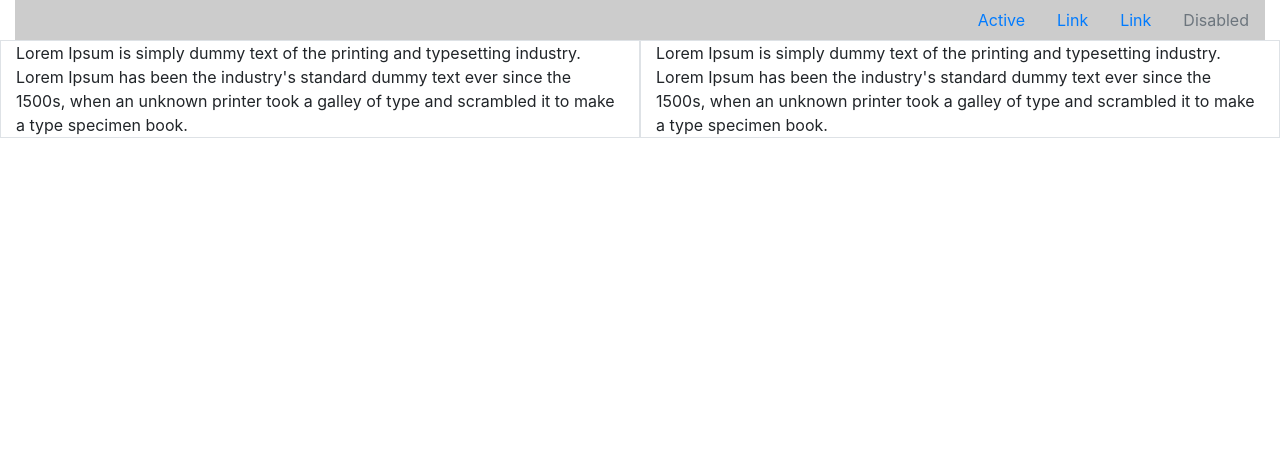
Repository: Green-Technologies-Angular/HTML
Page: index.html
The author's editor kept a copy of each file at every save. The page is drawn from the files as they stood at one save, then again after the next save.
The browser window is 1280 px wide. The pictures show the whole page.

Above is the page before, as saved 2019-01-31 10:05:16.

### index.html
<!DOCTYPE html>
<html>

<head>
    <title>Title of the document</title>
    <link rel="stylesheet" href="css/bootstrap.css">
    <link rel="stylesheet" href="css/index.css">
    <style>
        .border {
            border: 1px solid #ccc;
        }
        .bg-nav{
            background: green;
        }
    </style>
    <script>
        localStorage.setItem("name", "tamilsdfsdfsdfsdfmani");
        console.log(localStorage.getItem('name'));
    </script>
</head>

<body>
    <div class="container-fluid">
        <ul class="nav justify-content-end bg-nav" style="background: #ccc;">
            <li class="nav-item">
                <a class="nav-link active" href="#">Active</a>
            </li>
            <li class="nav-item">
                <a class="nav-link" href="#">Link</a>
            </li>
            <li class="nav-item">
                <a class="nav-link" href="#">Link</a>
            </li>
            <li class="nav-item">
                <a class="nav-link disabled" href="#" tabindex="-1" aria-disabled="true">Disabled</a>
            </li>
        </ul>
        <div class="row">
            <div class="col-xl-6 col-lg-6 col-md-6 col-sm-6 border">
                Lorem Ipsum is simply dummy text of the printing and typesetting industry. Lorem Ipsum has been the
                industry's standard dummy text ever since the 1500s, when an unknown printer took a galley of type and
                scrambled it to make a type specimen book.
            </div>
            <div class="col-xl-6 col-lg-6 col-md-6 col-sm-6 border">
                Lorem Ipsum is simply dummy text of the printing and typesetting industry. Lorem Ipsum has been the
                industry's standard dummy text ever since the 1500s, when an unknown printer took a galley of type and
                scrambled it to make a type specimen book.
            </div>
        </div>
    </div>
    <script src="script/jquery.js"></script>
    <script src="script/popper.js"></script>
    <script src="script/bootstrap.js"></script>
</body>

</html>

### css/index.css
.bg-nav{
    background: red;
}

Loaded but not shown: css/bootstrap.css (library); script/jquery.js (library); script/popper.js (library); script/bootstrap.js (library)

After the next save:
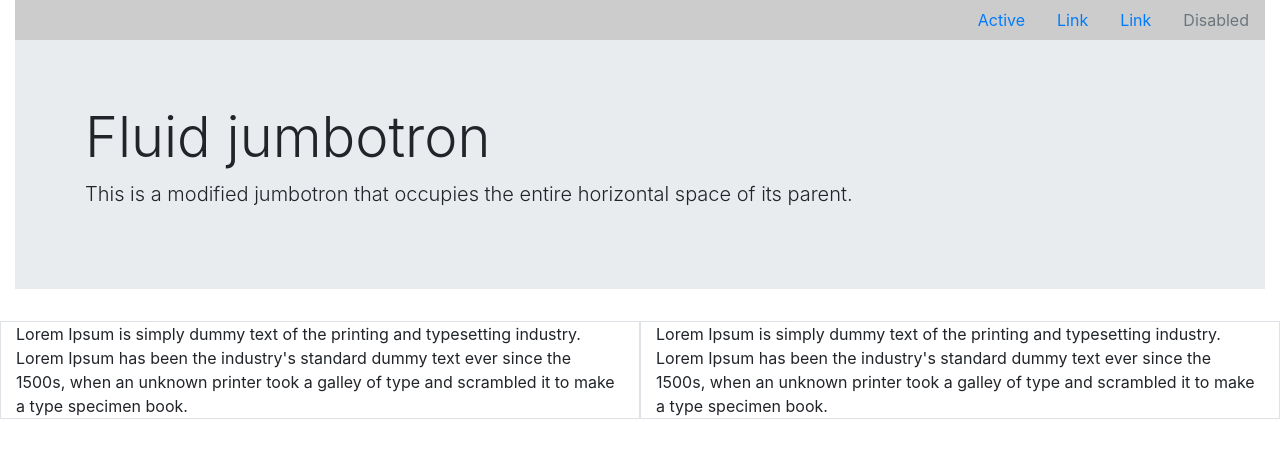
Saved 25 s later.
--- a/index.html
+++ b/index.html
@@ -35,6 +35,12 @@
                 <a class="nav-link disabled" href="#" tabindex="-1" aria-disabled="true">Disabled</a>
             </li>
         </ul>
+        <div class="jumbotron jumbotron-fluid">
+            <div class="container">
+                <h1 class="display-4">Fluid jumbotron</h1>
+                <p class="lead">This is a modified jumbotron that occupies the entire horizontal space of its parent.</p>
+            </div>
+        </div>
         <div class="row">
             <div class="col-xl-6 col-lg-6 col-md-6 col-sm-6 border">
                 Lorem Ipsum is simply dummy text of the printing and typesetting industry. Lorem Ipsum has been the
